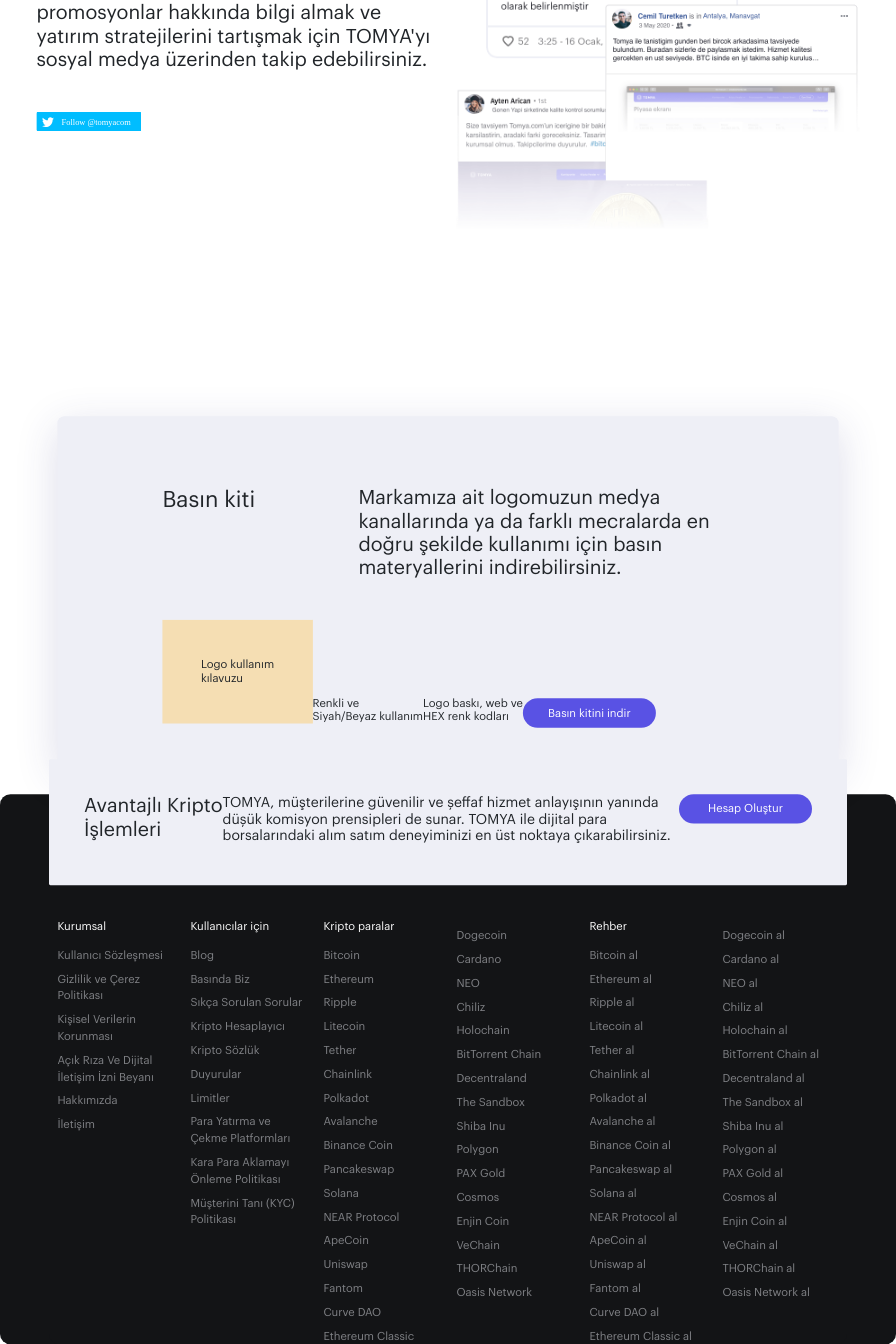
Repository: ezgibayrakli/TomyaProje
Page: index copy.html
These files come from the project's save history. The page is drawn as it stood at one moment and after the next save; the edit follows.
The browser window is 1280 px wide. The pictures show the part of the page from y = 2792 to 4712 px (the page is 4712 px tall), at 70% of full size.
Some web fonts or font styles are not loaded; a fallback is used.

Above is the page before, as saved 2023-07-07 12:05:29.

After the next save:
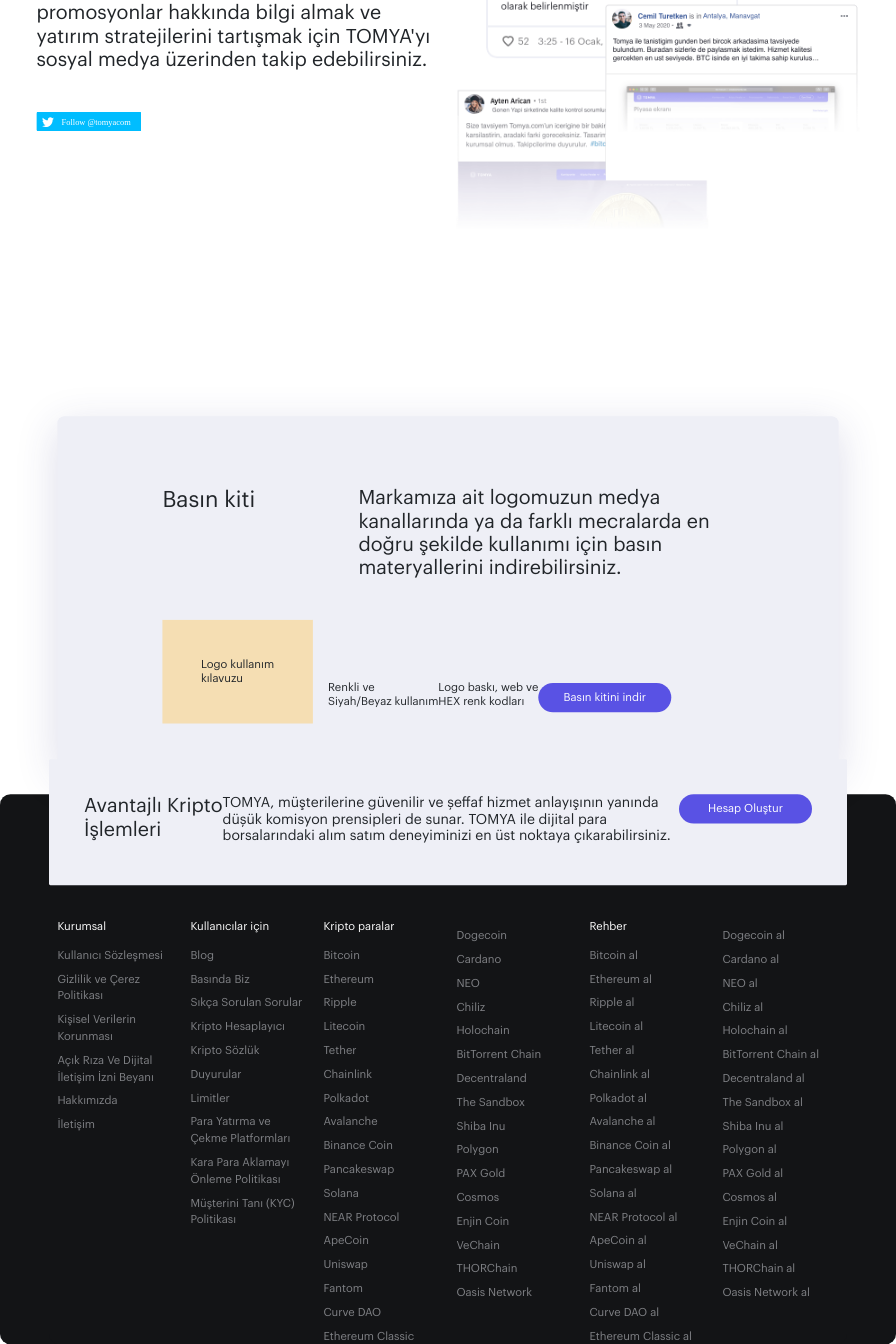
Saved 5 s later.
--- a/index copy.html
+++ b/index copy.html
@@ -182,7 +182,8 @@
                             background: wheat;">Logo kullanım <br class="d-md-block d-none">kılavuzu</h6>
                         </div>
                         <div  class="mediakit ml-lg-1 mt-lg-0 mt-1 d-flex justify-content-between align-items-start flex-column"><span class="svgicon d-md-block d-none" data-url="assets/img/subpages/sub/mediaset.svg"></span>
-                            <div  class="d-md-flex w-100 align-items-center">
+                            <div  class="d-md-flex w-100 align-items-center" style="margin: 5px;
+                            padding: 17px;">
                                 <h6  class="mr-5">Renkli ve <br>Siyah/Beyaz kullanım</h6>
                                 <span class="svgicon d-md-none d-block mt-3" data-url=""></span><h6 class="last">Logo baskı, web ve <br>HEX renk kodları</h6><a class="btn btn-outline-success py-0_22 small d-inline-block ml-auto mt-lg-0 mt-7" href="assets/basin-kiti/Tomya-Kurumsal.zip">Basın kitini indir</a>
                             </div>
